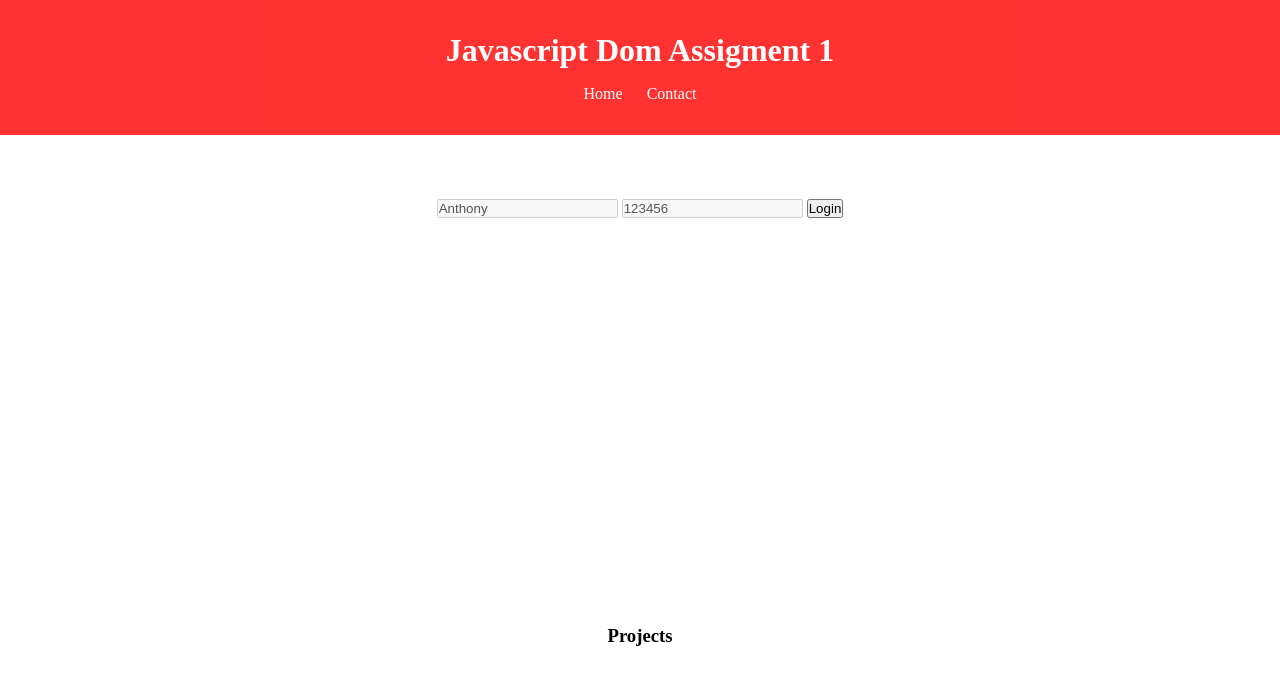
Repository: haakanerol/haakanerol
Page: Js.ass1/index.html
These files come from the project's save history. The page is drawn as it stood at one moment and after the next save; the edit follows.
The browser window is 1280 px wide. The pictures show the whole page.

Above is the page before, as saved 2024-02-25 16:09:28.

After the next save:
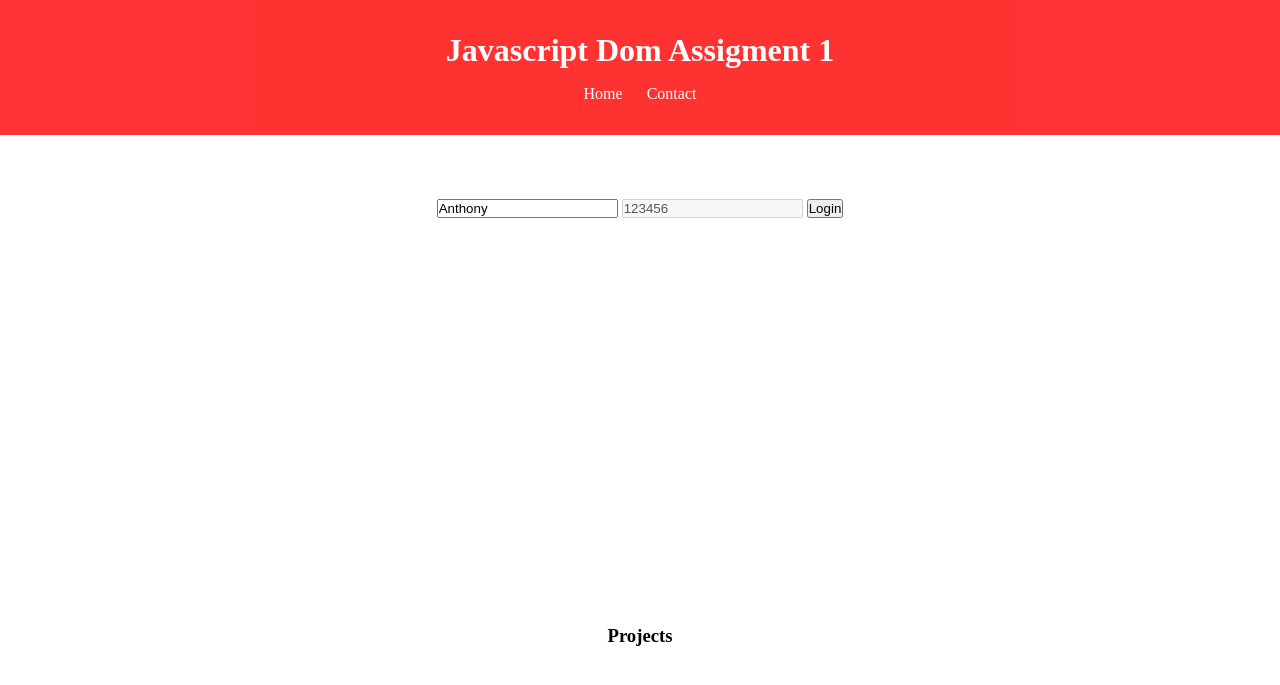
Saved 29 s later.
--- a/Js.ass1/app.js
+++ b/Js.ass1/app.js
@@ -20,6 +20,6 @@
 newUsername.value = "Anthony"
 newPassword.value = "123456"
 newPassword.type = "number"
-newUsername.disabled = "true"
+// newUsername.disabled = "true"
 newPassword.disabled = "true"
 newUsername.padding = "1.5rem"

After the save that followed:
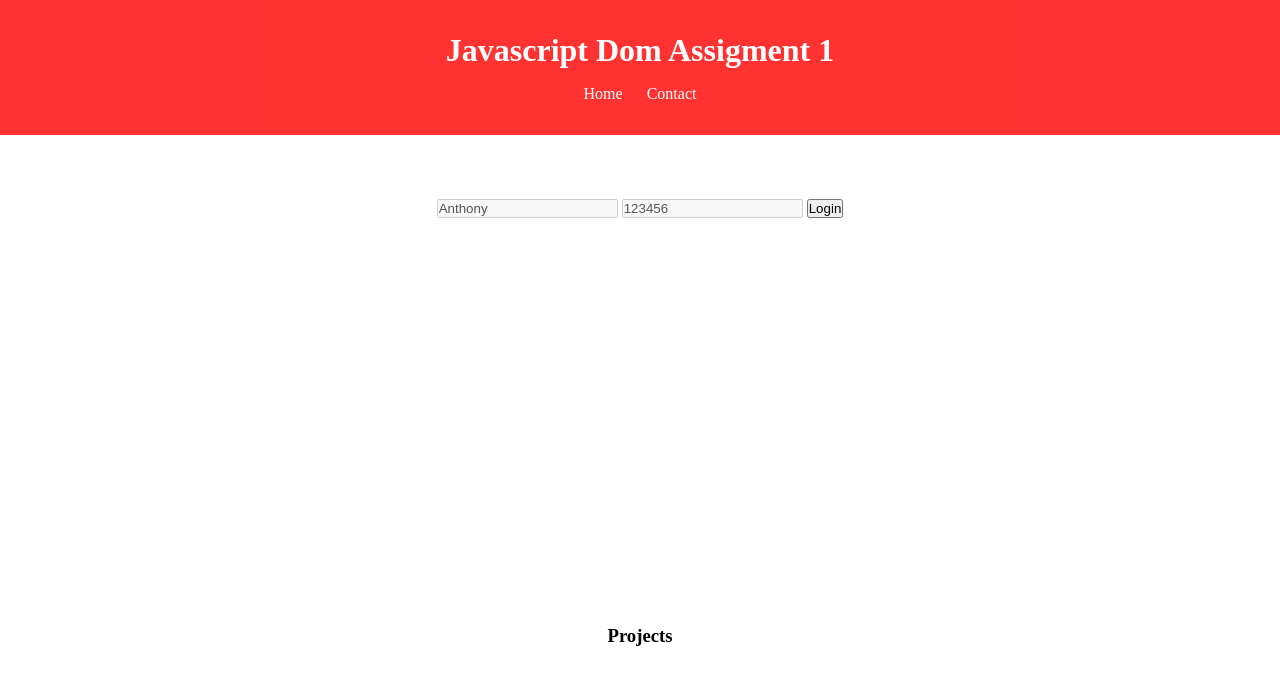
Saved 8 s later.
--- a/Js.ass1/app.js
+++ b/Js.ass1/app.js
@@ -20,6 +20,6 @@
 newUsername.value = "Anthony"
 newPassword.value = "123456"
 newPassword.type = "number"
-// newUsername.disabled = "true"
+newUsername.disabled = "true"
 newPassword.disabled = "true"
 newUsername.padding = "1.5rem"
